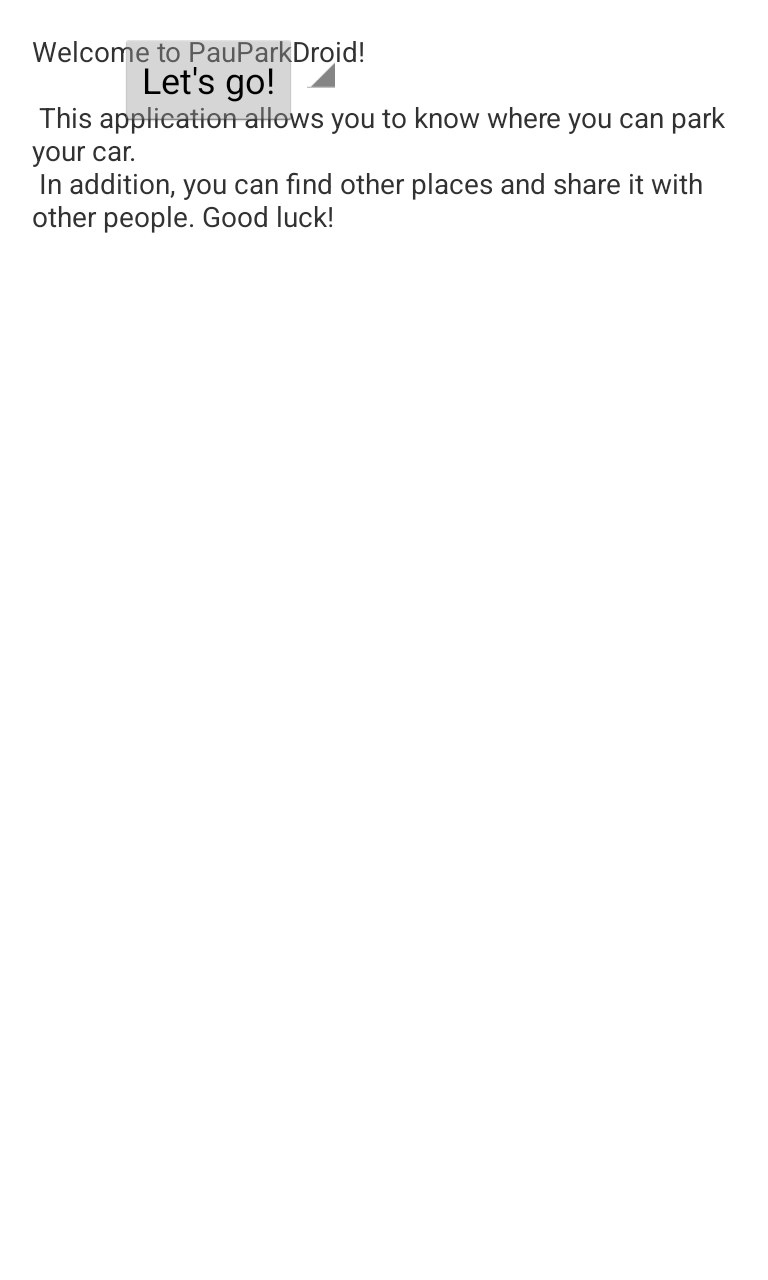
Repository: arrotacon/PauParkAndroid
Layout: PauPark_Workspace/PauParkDroid/res/layout/activity_home.xml
An editor plug-in stored every save of this project. The layout is shown before and after the next save, followed by the edit.
It is drawn on a 768 x 1280 px phone screen (xhdpi) without system bars, with theme AppTheme; the app's code is not run.

Above is the layout before, as saved 2014-12-05 18:34:52.

### PauPark_Workspace/PauParkDroid/res/layout/activity_home.xml
<RelativeLayout xmlns:android="http://schemas.android.com/apk/res/android"
    xmlns:tools="http://schemas.android.com/tools"
    android:layout_width="match_parent"
    android:layout_height="match_parent"
    android:paddingBottom="@dimen/activity_vertical_margin"
    android:paddingLeft="@dimen/activity_horizontal_margin"
    android:paddingRight="@dimen/activity_horizontal_margin"
    android:paddingTop="@dimen/activity_vertical_margin"
    tools:context="fr.univpau.pauparkdroid.Home" >



    <TextView
        android:id="@+id/textView1"
        android:layout_width="wrap_content"
        android:layout_height="wrap_content"
        android:layout_alignParentTop="true"
        android:layout_centerHorizontal="true"
        android:text="@string/welcome" />



    <LinearLayout
        android:layout_width="wrap_content"
        android:layout_height="wrap_content"
        android:layout_marginLeft="43dp" >

        <Button
        android:id="@+id/button1"
        android:layout_width="wrap_content"
        android:layout_height="wrap_content"
        android:layout_alignParentBottom="true"
        android:layout_centerHorizontal="true"
        android:layout_marginBottom="48dp"
        android:text="@string/home_button" />

        <Spinner
        android:id="@+id/spinner1"
        android:layout_width="wrap_content"
        android:layout_height="wrap_content"
        android:layout_alignLeft="@+id/textView1"
        android:layout_centerVertical="true"
        tools:ignore="RtlHardcoded" />

    </LinearLayout>

</RelativeLayout>

### PauPark_Workspace/PauParkDroid/res/values/strings.xml
<?xml version="1.0" encoding="utf-8"?>
<resources>

    <string name="app_name">PauParkDroid</string>
    <string name="title_activity_home">PauParkDroid</string>
    <string name="hello_world">Hello world!</string>
    <string name="action_settings">Settings</string>
    <string name="welcome">Welcome to PauParkDroid!\n\n This application allows you to know where you can park your car.\n
        In addition, you can find other places and share it with other people. Good luck!</string>
    <string name="home_button">Let\'s go!</string>
    <string name="title_activity_parking">Parking</string>
    <string name="title_activity_good_deal">GoodDeal</string>
    <string-array name="home_array">
        <item>Parking</item>
        <item>Good Deal</item>
    </string-array>


</resources>

Loaded but not shown: PauPark_Workspace/PauParkDroid/res/values/styles.xml (common file); PauPark_Workspace/PauParkDroid/res/values-v11/styles.xml (common file); PauPark_Workspace/PauParkDroid/res/values-v14/styles.xml (common file); PauPark_Workspace/PauParkDroid/res/values/dimens.xml (common file); PauPark_Workspace/PauParkDroid/res/values-w820dp/dimens.xml (common file)

After the next save:
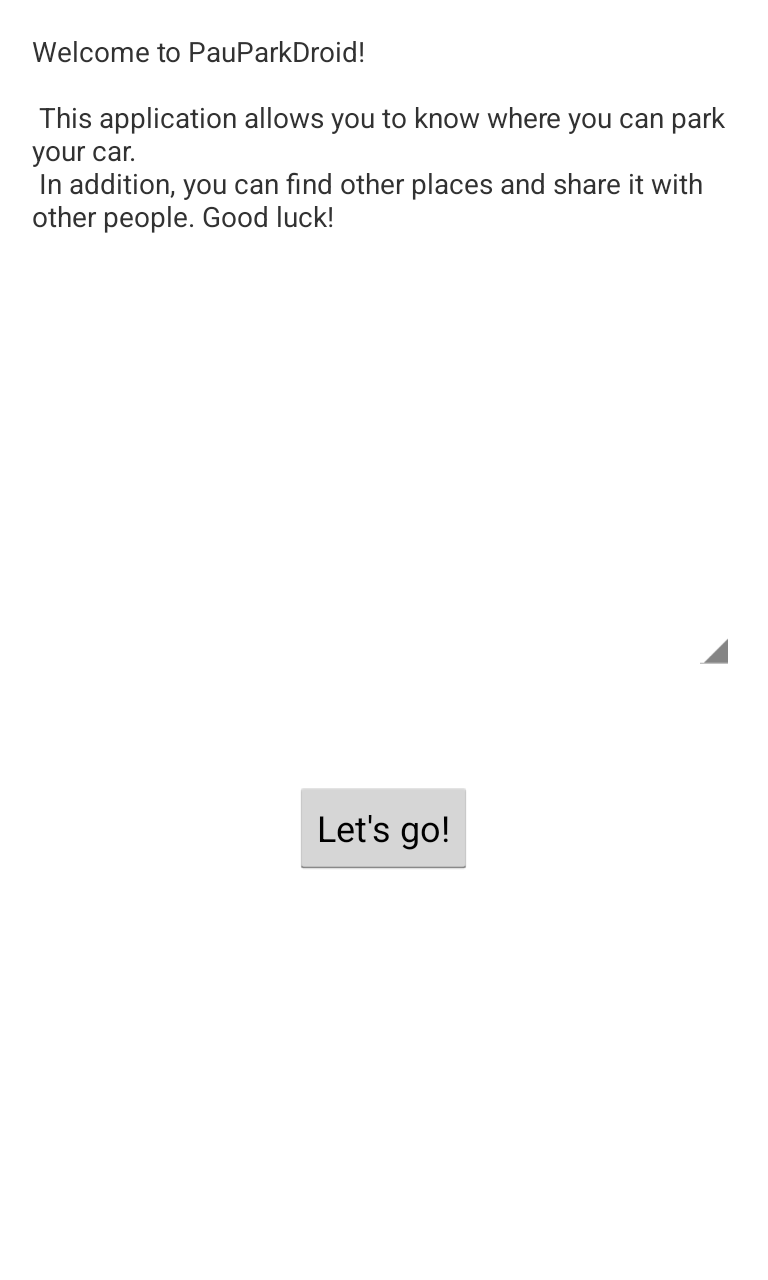
Saved 40 s later.
--- a/PauPark_Workspace/PauParkDroid/res/layout/activity_home.xml
+++ b/PauPark_Workspace/PauParkDroid/res/layout/activity_home.xml
@@ -8,8 +8,6 @@
     android:paddingTop="@dimen/activity_vertical_margin"
     tools:context="fr.univpau.pauparkdroid.Home" >
 
-
-
     <TextView
         android:id="@+id/textView1"
         android:layout_width="wrap_content"
@@ -18,30 +16,28 @@
         android:layout_centerHorizontal="true"
         android:text="@string/welcome" />
 
-
-
     <LinearLayout
+        android:id="@+id/linearLayout1"
         android:layout_width="wrap_content"
         android:layout_height="wrap_content"
         android:layout_marginLeft="43dp" >
+    </LinearLayout>
 
-        <Button
+    <Button
         android:id="@+id/button1"
         android:layout_width="wrap_content"
         android:layout_height="wrap_content"
-        android:layout_alignParentBottom="true"
+        android:layout_below="@+id/spinner1"
         android:layout_centerHorizontal="true"
-        android:layout_marginBottom="48dp"
+        android:layout_marginTop="54dp"
         android:text="@string/home_button" />
 
-        <Spinner
+    <Spinner
         android:id="@+id/spinner1"
         android:layout_width="wrap_content"
         android:layout_height="wrap_content"
-        android:layout_alignLeft="@+id/textView1"
+        android:layout_alignParentRight="true"
         android:layout_centerVertical="true"
         tools:ignore="RtlHardcoded" />
 
-    </LinearLayout>
-
 </RelativeLayout>
